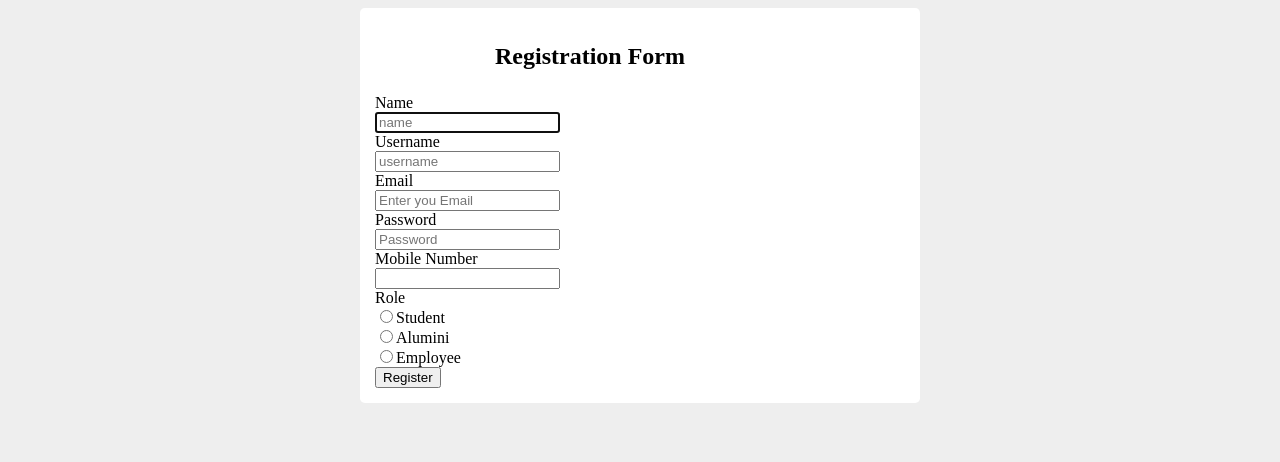
Repository: keerthanadevi50/project2-frontend-and-backend-
Page: angularfrontend/WebContent/_user/registerUser.html
The author's editor kept a copy of each file at every save. The page is drawn from the files as they stood at one save, then again after the next save.
The browser window is 1280 px wide. The pictures show the whole page.
Some web fonts or font styles are not loaded; a fallback is used.

Above is the page before, as saved 2017-06-19 05:13:12.

### angularfrontend/WebContent/_user/registerUser.html
<!DOCTYPE html>
<html>
<head>
<meta charset="ISO-8859-1">
<title>Insert title here</title>

<style>body {
    background-color: #eee;
}

*[role="form"] {
    max-width: 530px;
    padding: 15px;
    margin: 0 auto;
    background-color: #fff;
    border-radius: 0.3em;
}

*[role="form"] h2 {
    margin-left: 5em;
    margin-bottom: 1em;
}


</style>

</head>
<body>

<div class="container">
            <form class="form-horizontal" role="form">
                <h2>Registration Form</h2>
                <div class="form-group">
                    <label for="firstName" class="col-sm-3 control-label">Name</label>
                    <div class="col-sm-9">
                        <input type="text" id="name" placeholder="name" required=" " title="Name should have  min 3 char and max 15 ,no numbers" pattern="[A-Za-z]{3,15}" ng-model="user.name" class="form-control" autofocus>
                      </div>
                </div>

                <div class="form-group">
                    <label for="firstName" class="col-sm-3 control-label">Username</label>
                    <div class="col-sm-9">
                        <input type="text" id="firstName" placeholder="username" required=" " name="name" title="Name should have  min 3 char and max 15 ,no numbers" pattern="[A-Za-z]{3,15}" ng-model="user.username"  class="form-control" autofocus>

                    </div>
                </div>
                <div class="form-group">
                    <label for="email" class="col-sm-3 control-label">Email</label>
                    <div class="col-sm-9">
                        <input type="email" id="email" required="" title="invalid email address" placeholder="Enter you Email"  ng-model="user.email" class="form-control">
                    </div>
                </div>
                <div class="form-group">
                    <label for="password" class="col-sm-3 control-label">Password</label>
                    <div class="col-sm-9">
                        <input type="password" id="password" placeholder="Password" ng-model="user.password" class="form-control">
                    </div>
                </div>

                <div class="form-group">
                     <label for="firstName" class="col-sm-3 control-label">Mobile Number</label>
                    <div class="col-sm-9">
                    <input type="number" name="PhoneNumber"  required="" minlength="10" maxlength="10" pattern="[789][0-9]{9}" title="Phone number with 7-9 and remaing 9 digit with 0-9" ng-model="user.phonenumber" class="form-control">

                      </div>
                </div>

                <div class="form-group">
                    <label class="control-label col-sm-3">Role</label>
                    <div class="col-sm-6">
                        <div class="row">
                            <div class="col-sm-4">
                                <label class="radio-inline">
                                    <input type="radio" id="femaleRadio" ng-model="user.role" value="student">Student
                                </label>
                            </div>
                            <div class="col-sm-4">
                                <label class="radio-inline">
                                    <input type="radio" id="maleRadio" ng-model="user.role" value="alumini">Alumini
                                </label>
                            </div>
                            <div class="col-sm-4">
                                <label class="radio-inline">
                                    <input type="radio" id="uncknownRadio" ng-model="user.role" value="employee">Employee
                                </label>
                            </div>
                        </div>
                    </div>
                </div> <!-- /.form-group -->



            <div class="row">
  <div class="col-sm-12">
    <div class="text-center">
      <button class="btn btn-primary" id="singlebutton" ng-click="registerUser()"> Register</button>
    </div>
  </div>
</div>
            </form> <!-- /form -->
        </div> <!-- ./container -->
</body>
</html>

After the next save:
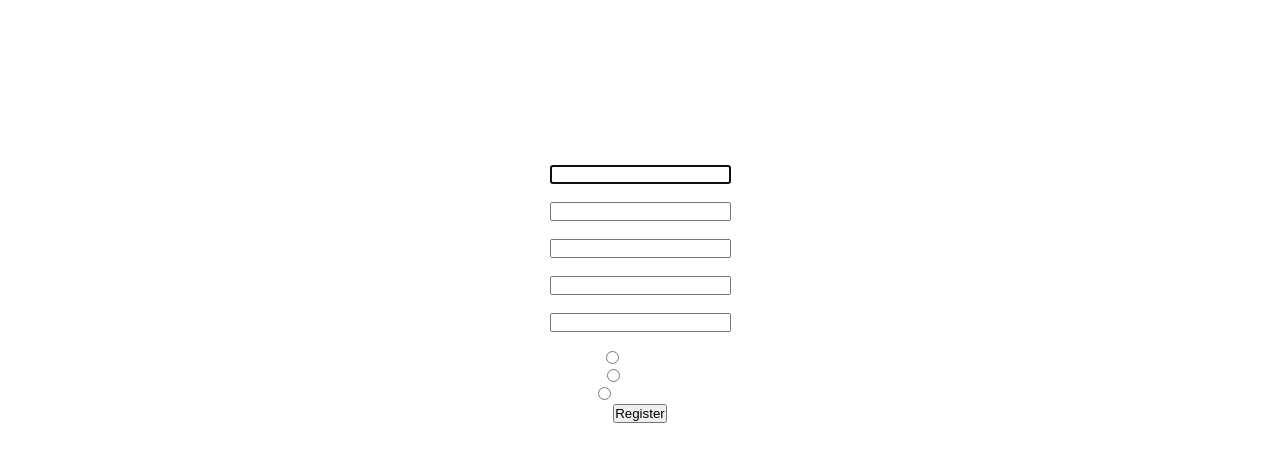
Saved 2 min 28 s later.
--- a/angularfrontend/WebContent/_user/registerUser.html
+++ b/angularfrontend/WebContent/_user/registerUser.html
@@ -4,10 +4,80 @@
 <meta charset="ISO-8859-1">
 <title>Insert title here</title>
 
-<style>body {
+<style>
+/* body {
     background-color: #eee;
 }
-
+ */
+ @import url(https://fonts.googleapis.com/css?family=Source+Sans+Pro:200,300);
+* {
+  box-sizing: border-box;
+  margin: 0;
+  padding: 0;
+  font-weight: 300;
+}
+body {
+  font-family: 'Source Sans Pro', sans-serif;
+  color: white;
+  font-weight: 300;
+}
+body ::-webkit-input-placeholder {
+  /* WebKit browsers */
+  font-family: 'Source Sans Pro', sans-serif;
+  color: white;
+  font-weight: 300;
+}
+body :-moz-placeholder {
+  /* Mozilla Firefox 4 to 18 */
+  font-family: 'Source Sans Pro', sans-serif;
+  color: white;
+  opacity: 1;
+  font-weight: 300;
+}
+body ::-moz-placeholder {
+  /* Mozilla Firefox 19+ */
+  font-family: 'Source Sans Pro', sans-serif;
+  color: white;
+  opacity: 1;
+  font-weight: 300;
+}
+body :-ms-input-placeholder {
+  /* Internet Explorer 10+ */
+  font-family: 'Source Sans Pro', sans-serif;
+  color: white;
+  font-weight: 300;
+}
+.wrapper {
+  background: #50a3a2;
+  background: -webkit-linear-gradient(top left, #50a3a2 0%, #53e3a6 100%);
+  background: linear-gradient(to bottom right, #50a3a2 0%, #53e3a6 100%);
+  position: absolute;
+  top: 50%;
+  left: 0;
+  width: 100%;
+  height: 100%;
+  margin-top: -200px;
+  overflow: hidden;
+}
+.wrapper.form-success .container h1 {
+  -webkit-transform: translateY(85px);
+          transform: translateY(85px);
+}
+.container {
+  max-width: 600px;
+  margin: 0 auto;
+  padding: 80px 0;
+  height: 400px;
+  text-align: center;
+}
+.container h1 {
+  font-size: 40px;
+  -webkit-transition-duration: 1s;
+          transition-duration: 1s;
+  -webkit-transition-timing-function: ease-in-put;
+          transition-timing-function: ease-in-put;
+  font-weight: 200;
+}
 *[role="form"] {
     max-width: 530px;
     padding: 15px;
